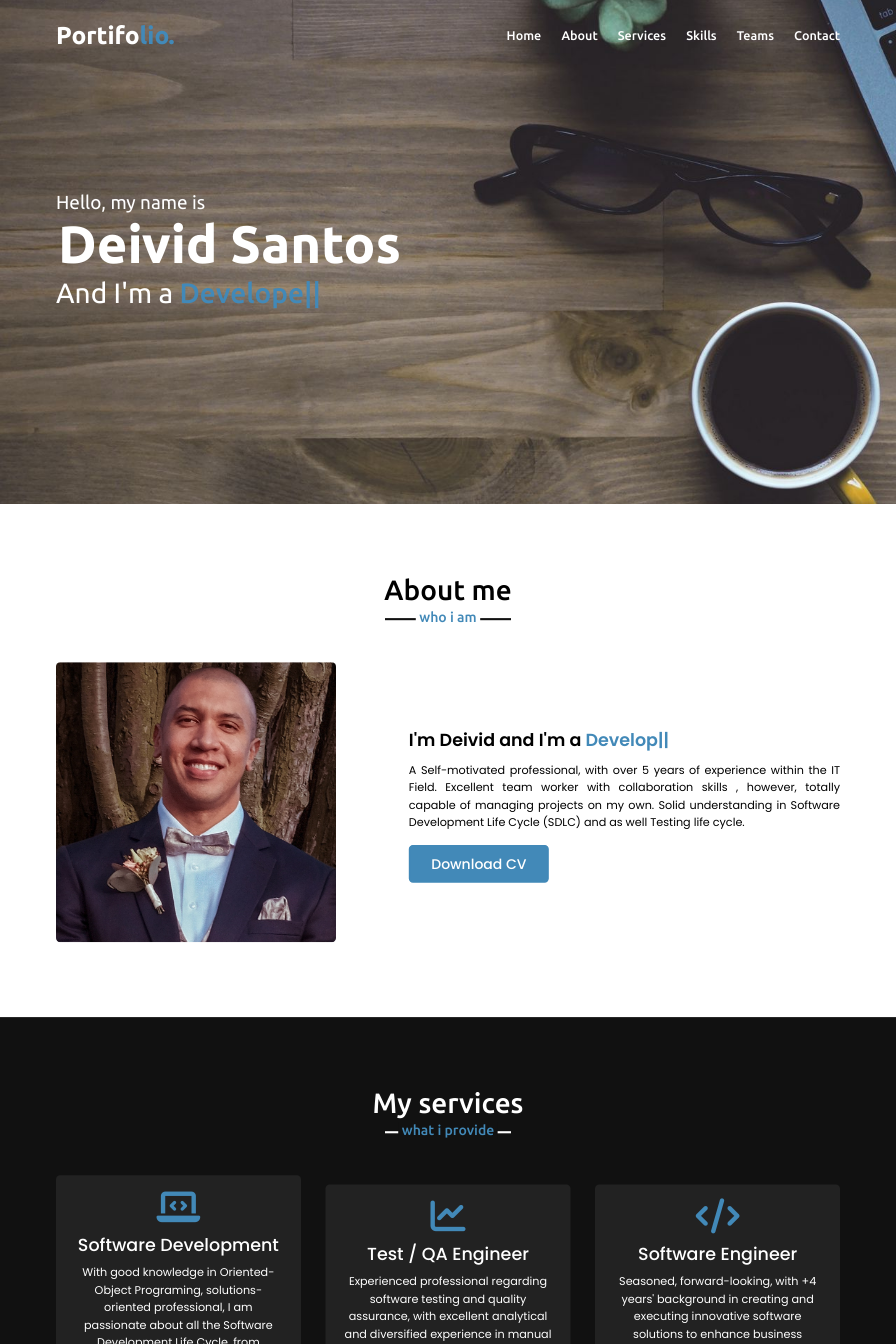
Repository: deividwsantoss/portfolio
Page: index.html
The author's editor kept a copy of each file at every save. The page is drawn from the files as they stood at one save, then again after the next save.
The browser window is 1280 px wide. The pictures show the part of the page from y = 0 to 1920 px (the page is 4136 px tall), at 70% of full size.
Some web libraries are served in a nearby version.

Above is the page before, as saved 2021-03-02 10:12:20.

After the next save:
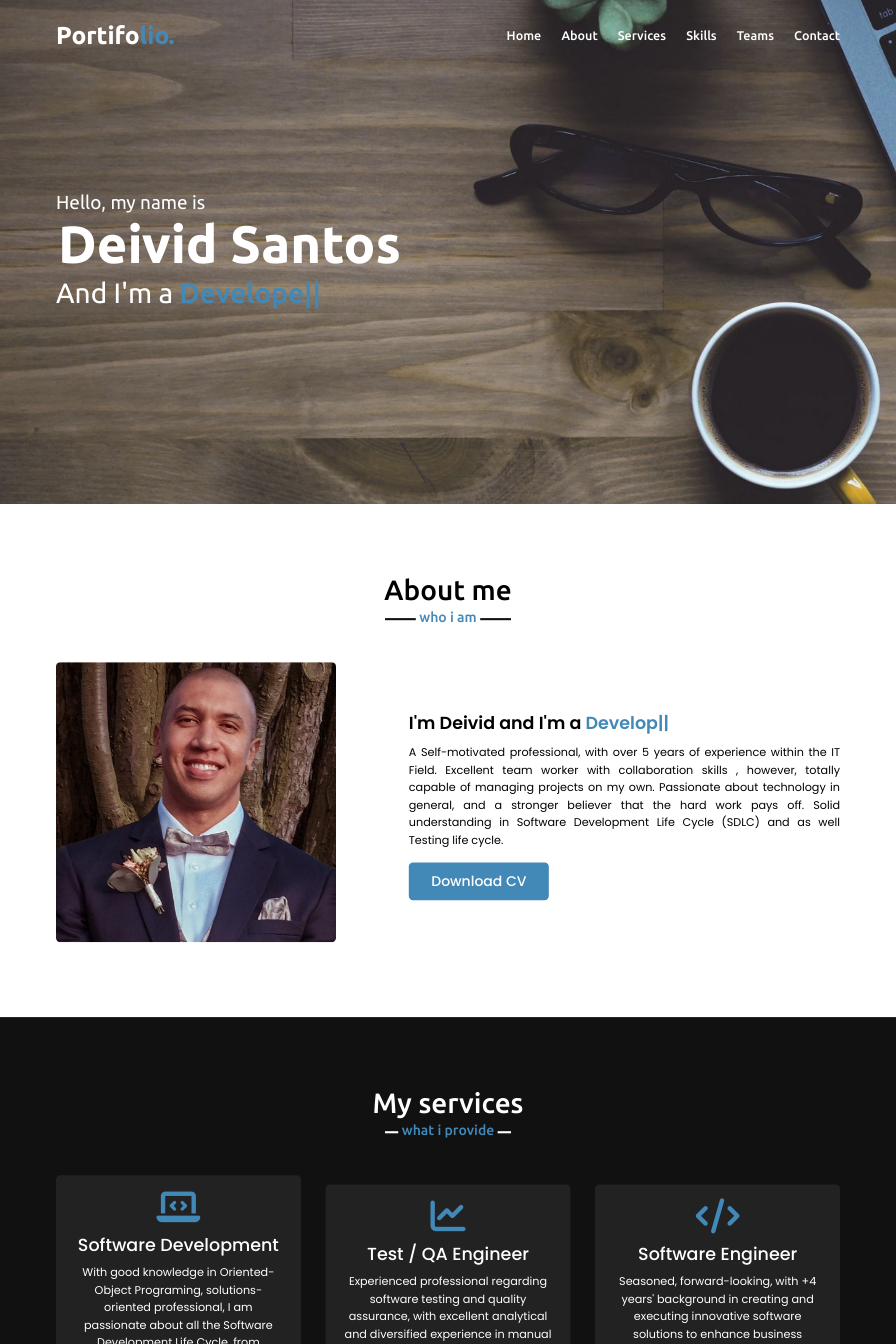
Saved 2 min 52 s later.
--- a/index.html
+++ b/index.html
@@ -50,7 +50,7 @@
             </div>
             <div class="column right">
                 <div class="text">I'm Deivid and I'm a <span class="typing-2"></span></div>
-                <p>A Self-motivated professional, with over 5 years of experience within the IT Field. Excellent team worker with collaboration skills , however, totally capable of managing projects on my own. Solid understanding in Software Development Life Cycle (SDLC) and as well Testing life cycle.     </p>
+                <p>A Self-motivated professional, with over 5 years of experience within the IT Field. Excellent team worker with collaboration skills , however, totally capable of managing projects on my own. Passionate about technology in general, and a stronger believer that the hard work pays off. Solid understanding in Software Development Life Cycle (SDLC) and as well Testing life cycle.     </p>
                 <a href="/docs/DEIVIDRODRIGUES_RESUME.pdf">Download CV</a>
             </div>
         </div>
